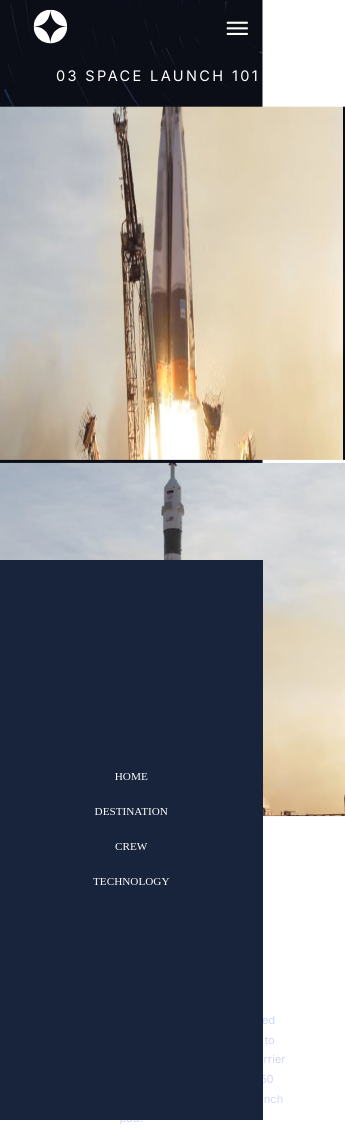
Repository: nilesjamex/space
Page: /Technology
An editor plug-in stored every save of this project. The page is shown before and after the next save, followed by the edit.
The browser window is 375 px wide. The page is 493 px wide, then 375 px, so the pictures cover 493 px, including what lies to the right of the window. The pictures show the part of the page from y = 0 to 2240 px (the page is 1611 px tall before and 3326 px after), at 70% of full size.
Some web fonts or font styles are not loaded; a fallback is used. The project was rebuilt for these pictures with package versions that can differ from the ones it lists, and the page was loaded fresh each time. The framework's server and built-in components were replaced by stand-ins that run in the browser. Also part of the build but not shown: next.config.js.

Above is the page before, as saved 2022-01-09 00:38:03.

### pages/_document.js
import Document, { Html, Head, Main, NextScript } from 'next/document'

class MyDocument extends Document {
  render() {
    return (
      <Html>
        <Head>
          <link rel="preconnect" href="https://fonts.googleapis.com" />
<link rel="preconnect" href="https://fonts.gstatic.com" crossOrigin />
<link href="https://fonts.googleapis.com/css2?family=Bellefair&display=swap" rel="stylesheet" />
        <link rel="preconnect" href="https://fonts.googleapis.com" />
<link rel="preconnect" href="https://fonts.gstatic.com" crossOrigin />
<link href="https://fonts.googleapis.com/css2?family=Barlow+Condensed:ital,wght@0,100;0,300;0,400;1,100&family=Inter&display=swap" rel="stylesheet" />
        </Head>
        <body>
          <Main />
          <NextScript />
        </body>
      </Html>
    )
  }
}

export default MyDocument

### pages/Technology.js
import React from 'react'
import Home from '../Components/Technology/Home/home';



const Technology = () => {
    return (
        <div>
            <Home />
        </div>
    )
}

export default Technology

### styles/globals.css
a {
  color: inherit;
  text-decoration: none;
}

*{
  margin: 0;
  padding: 0;
  box-sizing: border-box;


}
body {
  height: 100vh;
  width: 100vw;
}

li {
  list-style: none;
  cursor: pointer;
}

@media screen and (max-width: 500px) {
  *{
    margin: 0;
    padding: 0;
    box-sizing: border-box;
    overflow-y: none;
  }
}

### Components/Technology/Home/home.js
import React from 'react';
import styles from './home.module.css'
import Nav from './../../../Layout/Nav';
import { Image } from 'next/image';
import Tech from './../Tech1/Tech';

export const Home = () => {
    return (
        <div className={styles.home}>
        <div>
         <Nav/>
        </div>
        <div>
        <div>
           <h3 className={styles.hometext}> 03 Space launch 101</h3>
        </div>
        </div>
        <div>
        <Tech />
        </div>
        </div>
    )
}
export default Home

### Components/Technology/Home/home.module.css
.home {
    background: url("../../../public/assets/technology/background-technology-desktop.jpg");
    background-size: cover;
    height: 100vh;
}
.hometext {
    font-family: 'Barlow Condensed', sans-serif;
    font-family: 'Inter', sans-serif;
    font-style: normal;
    font-weight: normal;
    font-size: 28px;
    line-height: 34px;letter-spacing: 4.725px;
    text-transform: uppercase;
    color: #FFFFFF;
    margin: 5rem 0 1rem 10rem;
}

@media screen and (max-width: 1024px) {
    .home {
        background: url("../../../public/assets/technology/background-technology-tablet.jpg");
        background-size: cover;
        height: 100vh;
    }
    .hometext {
        font-size: 1.3rem;
        line-height: 24px;
        /*  identical to box height */
        letter-spacing: 3.375px;
        margin: 1rem 0 1rem 5rem;
    }
}

### Layout/Nav.js
import React, {useState} from 'react';
import styles from './nav.module.css';
import Link from 'next/link';

const Nav = ({children}) => {
  const [active, setActive] = useState(false);

  const onClick = (e) => {
    setActive(!active);
  };
    return (
       <div className={styles.navBody}>
        <nav className={styles.nav}>
         <div>
            <svg width="48" height="48" viewBox="0 0 48 48" fill="none" xmlns="http://www.w3.org/2000/svg">
<circle cx="24" cy="24" r="24" fill="white"/>
<path fillRule="evenodd" clipRule="evenodd" d="M24 0C24 0 24 24 0 24C23.5776 24.1714 24 48 24 48C24 48 24 24 48 24C24 24 24 0 24 0Z" fill="#0B0D17" />
</svg>
  </div>

<ul className={`${styles.ul} ${active ? styles.activenav : ""}` } >
<li className={styles.li}><Link href="/"> HOME </Link></li>
<li className={styles.li}><Link href="/Destinations">DESTINATION </Link></li>
<li className={styles.li}><Link href="/Crew">CREW</Link></li>
<li className={styles.li}><Link href="/Technology">TECHNOLOGY</Link></li>
</ul>
<div className={`${styles.toggle} ${active ? styles.toggleanime : ""}`}
          onClick={onClick}
        >
          <div className={`${styles.toggleline} ${styles.line1}`}></div>
          <div className={`${styles.toggleline} ${styles.line2}`}></div>
          <div className={`${styles.toggleline} ${styles.line3}`}></div>
        </div>
        </nav>
      <div className={styles.mainBody}> {children} </div>
</div>
    )
}

export default Nav

### Components/Technology/Tech1/Tech.js
import React, {useState} from 'react'
import Image from 'next/image';
import styles from './Tech.module.css';
import Vehicle from '../../../public/assets//technology/image-launch-vehicle-landscape.jpg';
import Vehicle2 from '../../../public/assets//technology/image-launch-vehicle-portrait.jpg';
import Spaceport from '../../../public/assets//technology/image-spaceport-landscape.jpg';
import Capsule from '../../../public/assets//technology/image-space-capsule-landscape.jpg';
const Tech = () => {
    const [steps, setSteps] = useState(1);

    const next = (e) => {
        e.preventDefault();
        setSteps(steps + 1);
    }
    const prev = (e) => {
        e.preventDefault();
        setSteps(steps - 1);
    };

    switch (steps) {
        case 1:
            return (
        <div className={styles.techhome}>
           <div className={styles.TechNumbers}>
           <ul className={styles.numbers}>
           <li className={styles.number}>1</li>
           <li onClick={next} className={styles.number}>2</li>
           <li  onClick={(e) => {
      setSteps(steps+2)}} className={styles.number}>3</li>
           </ul>
           </div>
           <div className={styles.techtext}>
           <p className={styles.techtexthead}>The terminology...</p>
  <h2 className={styles.techtextsub}>Launch vehicle</h2>

  <p className={styles.techtextbody}>A launch vehicle or carrier rocket is a rocket-propelled vehicle used to carry a
  payload from Earths surface to space, usually to Earth orbit or beyond. Our
  WEB-X carrier rocket is the most powerful in operation. Standing 150 metres tall,
  it is quite an awe-inspiring sight on the launch pad!</p>
  </div>
  <div className={styles.imagediv}>
  <Image className={styles.images} src={Vehicle} height="527" width="515" alt="uu" />
  <Image className={styles.image} src={Vehicle2} height="527" width="515" alt="uu" />
  </div>
        </div>
    );

    case 2: return (
        <div className={styles.techhome}>
           <div>
           <ul className={styles.numbers}>
           <li onClick={prev} className={styles.number}>1</li>
           <li className={styles.number}>2</li>
           <li onClick={next} className={styles.number}>3</li>
           </ul>
           </div>
           <div className={styles.techtext}>
           <p className={styles.techtexthead}>The terminology...</p>
  <h2 className={styles.techtextsub}>Spaceport</h2>

  <p className={styles.techtextbody}> A spaceport or cosmodrome is a site for launching (or receiving) spacecraft,
  by analogy to the seaport for ships or airport for aircraft. Based in the
  famous Cape Canaveral, our spaceport is ideally situated to take advantage
  of the Earth’s rotation for launch.</p>
  </div>
 <div className={styles.imagediv}><Image src={Spaceport} height="527" width="515" alt="uu" /> </div>
        </div>
    );

    case 3:
    return (


     <div className={styles.techhome}>
           <div>
           <ul className={styles.numbers}>
           <li  onClick={(e) => {
      setSteps(steps-2)}} className={styles.number}>1</li>
           <li onClick={prev} className={styles.number}>2</li>
           <li className={styles.number}>3</li>
           </ul>
           </div>
           <div className={styles.techtext}>
           <p className={styles.techtexthead}>The terminology...</p>
  <h2 className={styles.techtextsub}>Space capsule</h2>

  <p className={styles.techtextbody}> A space capsule is an often-crewed spacecraft that uses a blunt-body reentry
  capsule to reenter the Earths atmosphere without wings. Our capsule is where
  you will spend your time during the flight. It includes a space gym, cinema,
  and plenty of other activities to keep you entertained.</p>
  </div>
  <div className={styles.imagediv}><Image src={Capsule} height="527" width="515" alt="uu" /> </div>
        </div>
         )
    }

}

export default Tech

### Layout/nav.module.css
.nav {
    display: flex;
    justify-content: space-between;
    align-items: center;
    padding-left: 3rem;
    width: 100%;
    height: 10vh;
    }

.ul {
    display: flex;
    width: 50%;
    justify-content: space-between;
    align-items: center;
    color: #fff;
    background-color: rgba(24, 36, 59, 0.5);
    height: 60px;
    padding: 0 2rem;

}

.navBody {
    height: 100%;
}
.toggle {
    display: none;
  }

  @media screen and (max-width: 768px) {
    .toggle {
        display: block;
        cursor: pointer;
        order: 2;
        z-index: 10;
        margin-right: 1rem;
      }
      .toggleline {
        width: 30px;
        height: 3px;
        background-color: #fff;
        margin: 5px;
      }
      .ul {
        order: 3;
        width: 100%;
        height: 100%;
        display: inline-block;
        position: fixed;
        z-index: 4;
        right: 0;
        left: 0;
        bottom: 0;
        top: 0;
        display: flex;
        justify-content: center;
        align-items: center;
        flex-direction: column;
        overflow-x: hidden;
        background: rgba(242, 245, 250);
        transform: translateY(100vh);
        transition: all ease-out 0.2s;
        background-color: rgba(24, 36, 59);
      }
      .li {
        margin: 0 0 2rem;
        opacity: 0;
        transform: translateY(10vh);
      }
      .activenav {
        transform: translateX(0);
      }
      .li {
        margin: 0 0 2rem;
        opacity: 1;
        transform: translateX(0);
        transition: all ease-out 0.8s;
      }
      .toggleanime .line1 {
        transform: rotate(-45deg) translate(-5px, 6px);
      }

      .toggleanime .line2 {
        opacity: 0;
      }

      .toggleanime .line3 {
        transform: rotate(45deg) translate(-5px, -6px);
      }

      .ul.activenav {
        transform: translateX(0);
      }
      .li {
        margin: 0 0 2rem;
        opacity: 1;
        transform: translateX(0);
        transition: all ease-out 0.8s;
      }
  }

### Components/Technology/Tech1/Tech.module.css
.techhome {
    display: flex;
    justify-content: space-around;
}
.numbers {
    display: flex;
    flex-direction: column;
    margin-top: 4rem;
}
.number {
    width: 120px;
    height: 120px;
    margin: 1rem 0;
    border-radius: 70%;
    background-color: transparent;
    border: 1px solid #FFFFFF;
    box-sizing: border-box;
    font-family: 'Bellefair', serif;
    font-style: normal;
    font-weight: normal;
    font-size: 32px;
    line-height: 37px;
    /* identical to box height */
    text-align: center;
    align-items: center;
    letter-spacing: 2px;
    color: #FFFFFF;
    padding: 2.5rem;
}
.techtext {
    width: 470px;
    height: 303px;
    align-self: center;
    margin-top: 4rem;
}
.techtexthead {
    font-family: 'Barlow Condensed', sans-serif;
    font-family: 'Inter', sans-serif;
    font-style: normal;
    font-weight: normal;
    font-size: 16px;
    line-height: 19px;
    letter-spacing: 2.7px;
    color: #D0D6F9;
}
.techtextsub {
    font-family: 'Bellefair', serif;
    font-style: normal;
    font-weight: normal;
    font-size: 56px;
    line-height: 64px;
    color: #FFFFFF;
    margin-top: 2rem;
}
.techtextbody {
    font-family: 'Barlow Condensed', sans-serif;
    font-family: 'Inter', sans-serif;
    font-style: normal;
    font-weight: normal;
    font-size: 18px;
    line-height: 32px;
    /* or 178% */
    color: #D0D6F9;
    margin: 2rem 0;
}
.imagediv {
    margin-right: -7.4rem;
}
.image {
    display: none;
}

@media screen and (max-width: 1024px) {
    .techhome {
        display: flex;
        flex-direction: column;
    }
    .numbers {
        display: flex;
        flex-direction: row;
        margin-top: 0.5rem;
        justify-content: center;
    }
    .number {
        margin: 1rem;
    }
    .TechNumbers {
        order: 2;
    }
    .techtext {
        width: 458px;
        height: 237px;
        align-self: center;
        text-align: center;
        margin-top: 1rem;
        order: 3;
    }
    .techtexthead {
        font-size: 1rem;
        line-height: 19px;
    }
    .techtextsub {
        font-size: 2.5rem;
        line-height: 46px;
        margin-top: 1rem;
    }
    .techtextbody {
        font-size: 1rem;
        line-height: 28px;
        margin-top: 1rem;
    }
    .image {
        width: 100vw;
        height: 310px;
        display: contents;
    }
    .images {
        display: none;
    }
    .imagediv {
        margin-top: 1rem;
        order: 1;
    }
}

Loaded but not shown: pages/_app.js (common file)

After the next save:
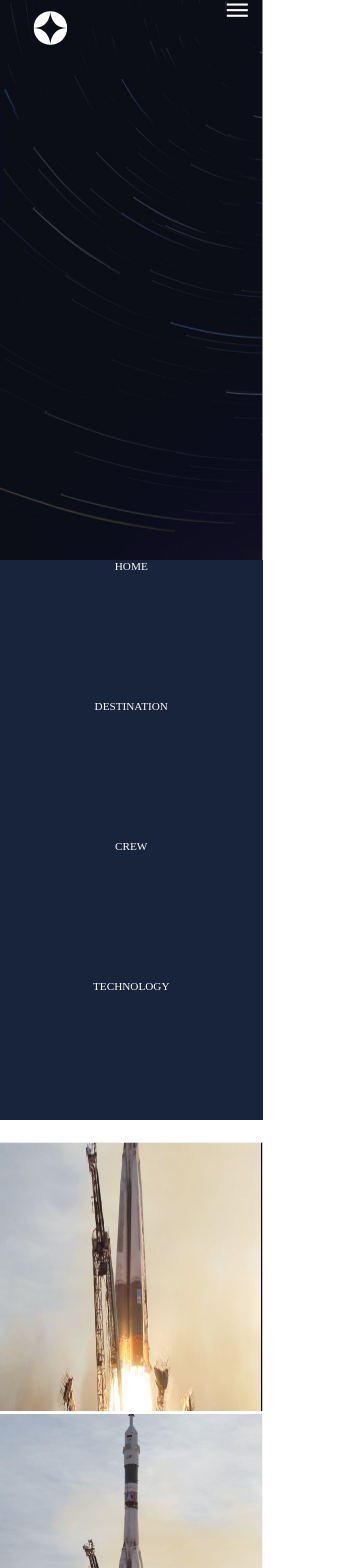
Saved 95 s later.
--- a/styles/globals.css
+++ b/styles/globals.css
@@ -7,12 +7,9 @@ a {
   margin: 0;
   padding: 0;
   box-sizing: border-box;
+  max-width: 100%;
+  height: 100%;
 
-
-}
-body {
-  height: 100vh;
-  width: 100vw;
 }
 
 li {
@@ -25,6 +22,8 @@ li {
     margin: 0;
     padding: 0;
     box-sizing: border-box;
+    max-width: 100%;
+    max-height: 100%;
     overflow-y: none;
   }
 }
